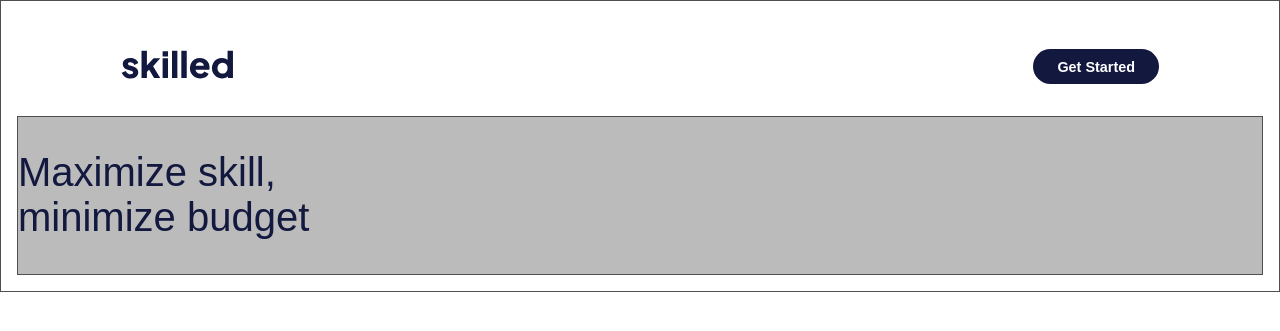
Repository: exe-walt/E-Learning-Landing-Page
Page: index.html
An editor plug-in stored every save of this project. The page is shown before and after the next save, followed by the edit.
The browser window is 1280 px wide. The pictures show the whole page.
Some web fonts or font styles are not loaded; a fallback is used.

Above is the page before, as saved 2025-05-27 19:47:40.

After the next save:
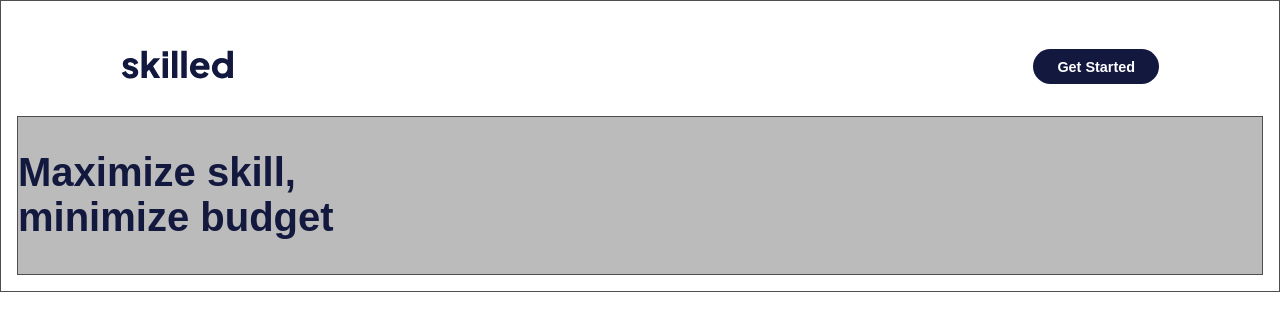
Saved 14 s later.
--- a/css/style.css
+++ b/css/style.css
@@ -67,6 +67,6 @@ body {
 
 .hero-section h1 {
   font-size: 2.5em;
-  font-weight: 500;
+  font-weight: bolder;
   color: #13183F;
 }
